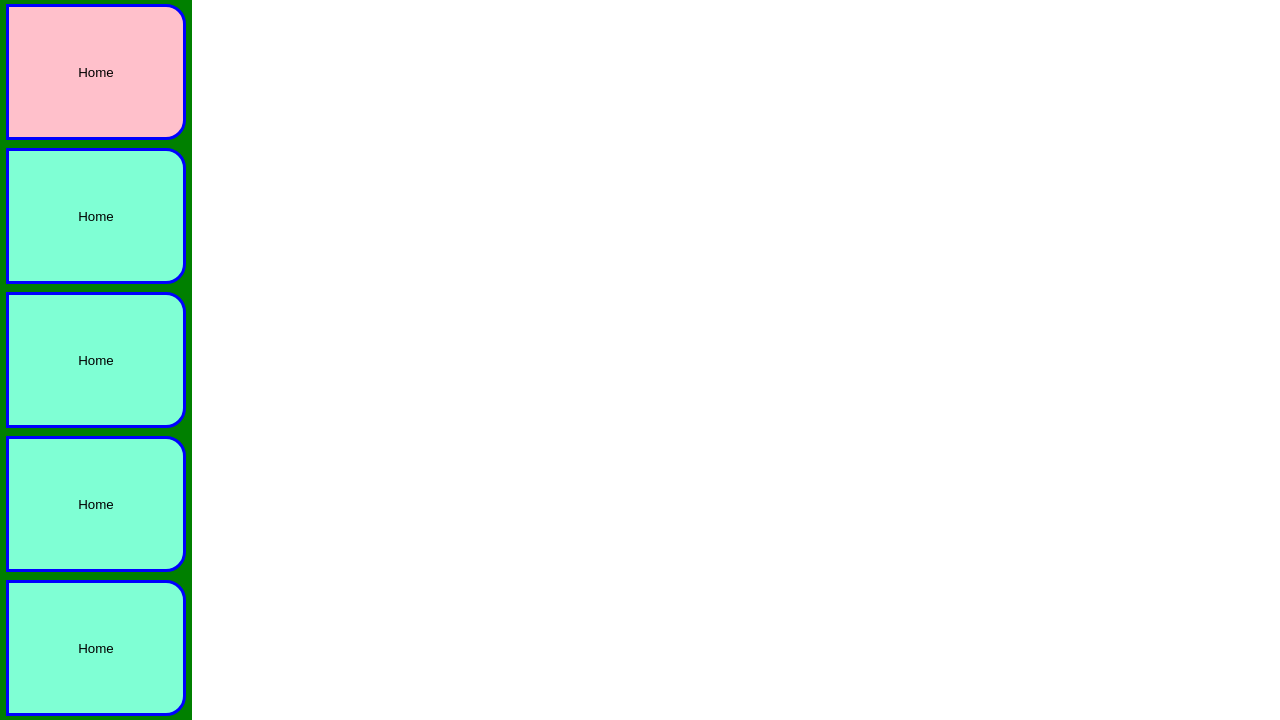
Repository: Tahaa2t/Researchers
Page: /
The author's editor kept a copy of each file at every save. The page is drawn from the files as they stood at one save, then again after the next save.
The browser window is 1280 px wide. The pictures show the whole page.
The pointer rests on the first visible `.btn`.
The project was rebuilt for these pictures with package versions that can differ from the ones it lists, and the page was loaded fresh each time. Also part of the build but not shown: src/Components/loginform.js, src/Components/HomePage.js.

Above is the page before, as saved 2023-07-05 21:20:45.

After the next save:
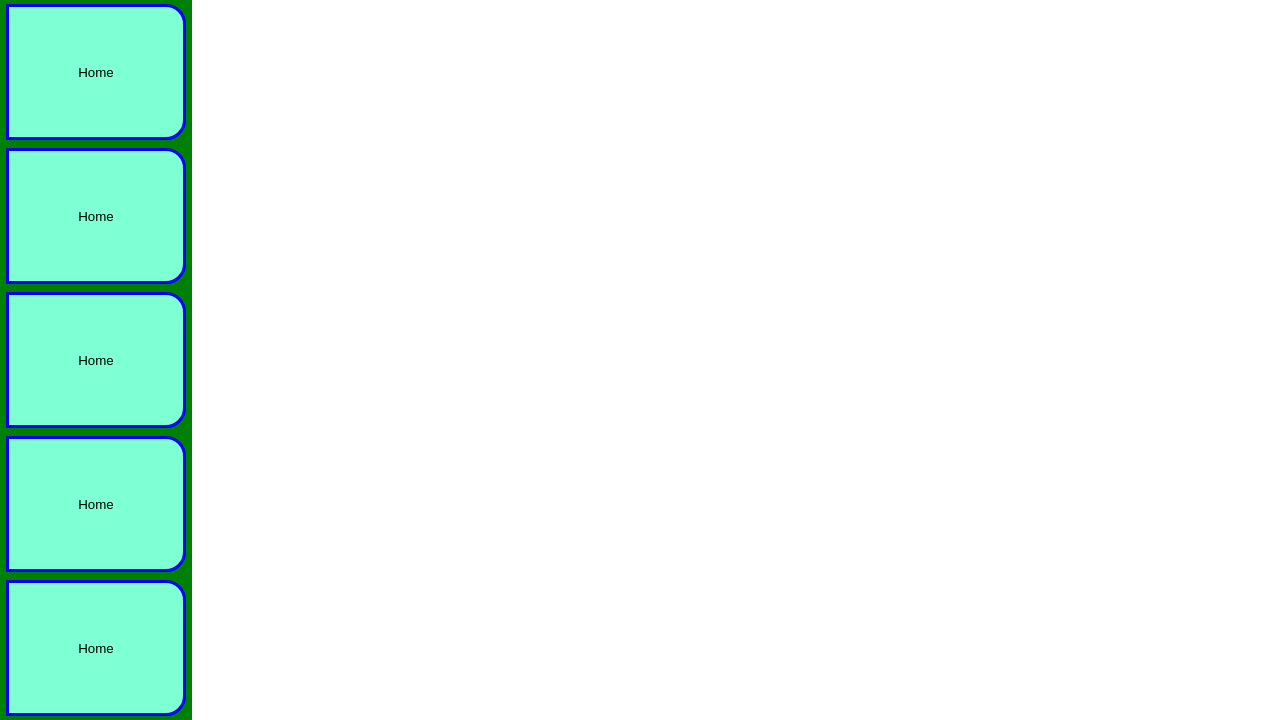
Saved 10 s later.
--- a/src/Components/css/navbarstyle.css
+++ b/src/Components/css/navbarstyle.css
@@ -26,7 +26,7 @@
   align-items: center;
 }
 
-.btn:hover {
+.btn:hover::before {
   animation: opacityFallbackIn 0s step-start forwards;
   clip-path: polygon(0 0, 101% 0, 101% 101%, 0 101%);
   background-color: pink;

After the 4 saves that followed:
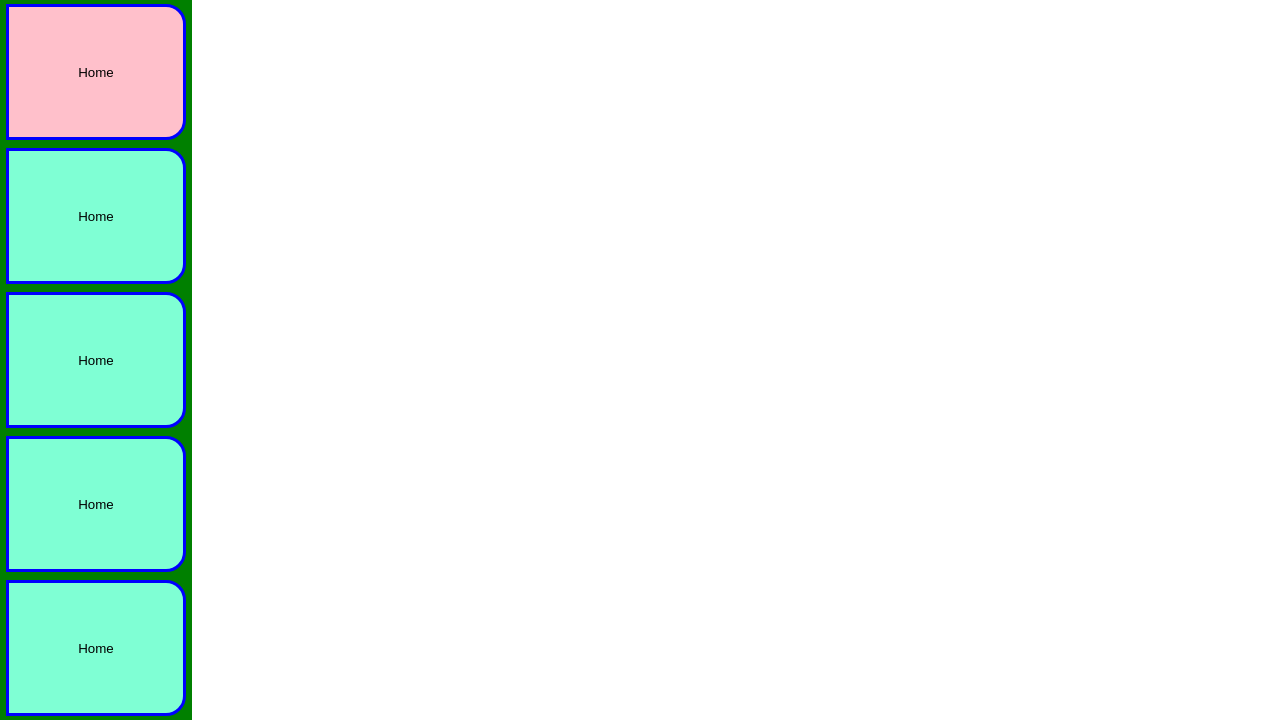
The 4 saves are shown as one change because 3 left the picture as it was.
The last was saved 67 s later.
--- a/src/Components/css/navbarstyle.css
+++ b/src/Components/css/navbarstyle.css
@@ -26,10 +26,7 @@
   align-items: center;
 }
 
-.btn:hover::before {
-  animation: opacityFallbackIn 0s step-start forwards;
-  clip-path: polygon(0 0, 101% 0, 101% 101%, 0 101%);
+.btn:hover {
   background-color: pink;
-  transform: rotateX('24');
   transition: 0.5s;
 }
